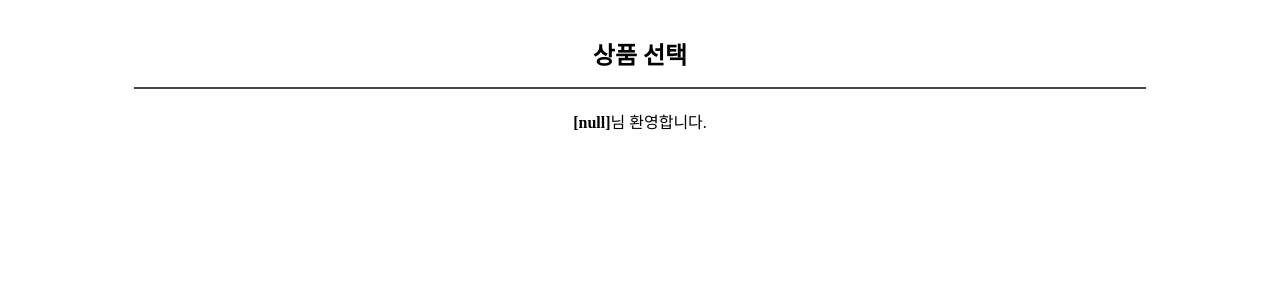
Repository: kiyongee2/space_jspworks
Page: http://localhost/jweb01/cart/selProduct.jsp
These files come from the project's save history. The page is drawn as it stood at one moment and after the next save; the edit follows.
The browser window is 1280 px wide. The pictures show the whole page.
The page is served by Tomcat 10.

Above is the page before, as saved 2025-10-13 03:15:12.

After the next save:
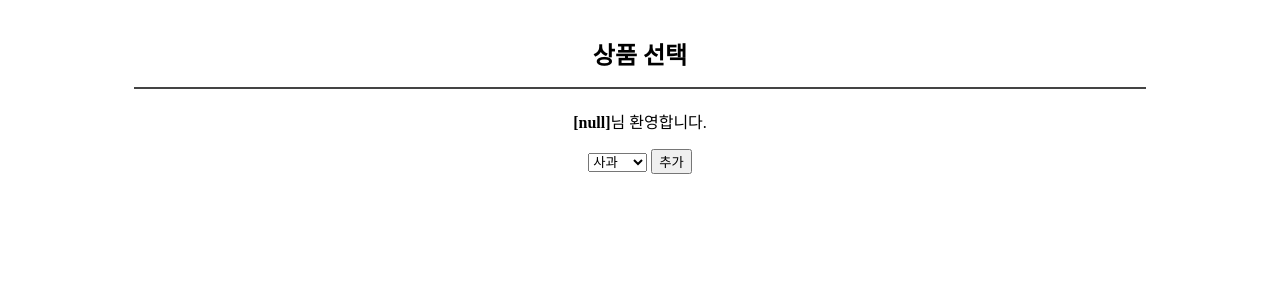
Saved 4 min 16 s later.
--- a/jweb01/src/main/webapp/cart/selProduct.jsp
+++ b/jweb01/src/main/webapp/cart/selProduct.jsp
@@ -22,6 +22,14 @@
 	<section id="container">
 		<h2>상품 선택</h2>
 		<p><b>[<%=session.getAttribute("sessionName") %>]</b>님 환영합니다.</p>
+		<form action="addProduct.jsp" method="post">
+			<select name="product">
+				<option value="사과">사과</option>
+				<option value="바나나">바나나</option>
+				<option value="포도">포도</option>
+			</select>
+			<button type="submit">추가</button>
+		</form>
 	</section>
 </body>
 </html>
